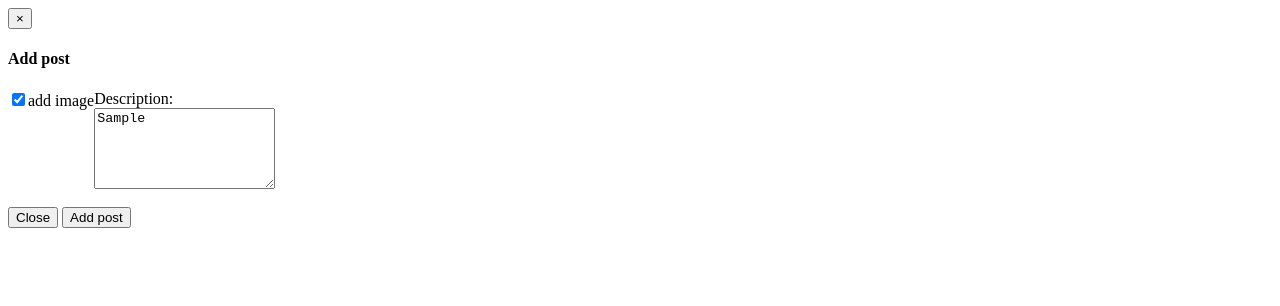
Repository: aziza-kamet/comet-a
Page: http://localhost/modules/logged/add_post_g.php?act=add_wall_g
The author's editor kept a record of every edit. The page is drawn from the files as they stood at one moment, then again after the next edit.
The browser window is 1280 px wide. The pictures show the whole page.
Empty fields were first filled with sample values (such as "Sample", 5 or name@example.com).
After loading, the first visible `#img` was clicked once.
The page is run by PHP 8.4 with error messages shown; the project is at /var/www/html/.

Above is the page before.
Console error: ReferenceError: show is not defined

### modules/logged/add_post_g.php
<!-- Modal -->
<div class="modal fade" id="addModal" tabindex="-1" role="dialog" aria-labelledby="myModalLabel" aria-hidden="true">
  <div class="modal-dialog">
    <div class="modal-content">
      <div class="modal-header">
        <button type="button" class="close" data-dismiss="modal" aria-label="Close"><span aria-hidden="true">&times;</span></button>
        <h4 class="modal-title" id="myModalLabel">Add post</h4>
      </div>
      <form class="form-horizontal" role="form" action="?act=add_wall_g" method="post" enctype="multipart/form-data">
        <div class="modal-body">
              <div class="form-group">
                <label class="control-label col-sm-3" for="name"></label>
                <div class="col-sm-9">
        			    <div class="checkbox" style="float:left">
                    <label style="float:right;"><input id="img" type="checkbox" name="checkbox_img" value="img" onclick="show()">add image</label>
                  </div>
                </div>
      			  </div>
      			  <div class="form-group" id="hidden" style="display:none">
      			    <label class="control-label col-sm-3" for="name">Upload image:</label>
      			    <div class="col-sm-9">
      			      <span class="btn btn-default btn-file">
      			        Browse... <input class="btn" type="file" name = "image">
      			      </span>
      			    </div>
      			  </div>
      			  <div class="form-group">
      			    <label class="control-label col-sm-3" for="name">Description:</label>
      			    <div class="col-sm-9">
          			    <textarea class="form-control" name="wall_text" rows="5" id="description" placeholder="Enter short description of group"></textarea>
      			    </div>
      			  </div><br>
        </div>
        <div class="modal-footer">
          <button type="button" class="btn btn-default" data-dismiss="modal">Close</button>
          <input type="submit" class="btn btn-primary" value="Add post">
          <input type="hidden" name="gid" value="<?php if(isset($_GET['gid'])){echo $_GET['gid'];}?>">
        </div>
   		</form>
    </div>
  </div>
</div>

After the next edit:
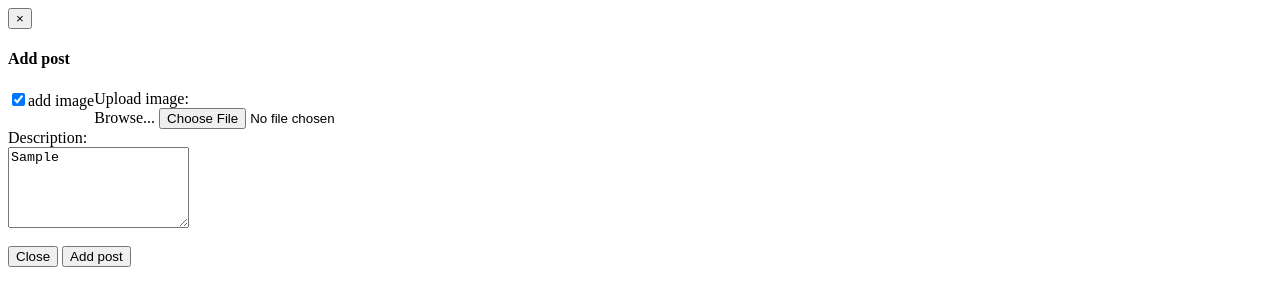
The error is gone.
The edit:
--- a/modules/logged/add_post_g.php
+++ b/modules/logged/add_post_g.php
@@ -40,3 +40,21 @@
     </div>
   </div>
 </div>
+
+<script type="text/javascript">
+
+   function show(){
+
+     if(document.getElementById("img").checked){
+
+       document.getElementById("hidden").style.display = "inherit";
+
+     }else{
+
+       document.getElementById("hidden").style.display = "none";
+
+     }
+
+   }
+
+</script>
